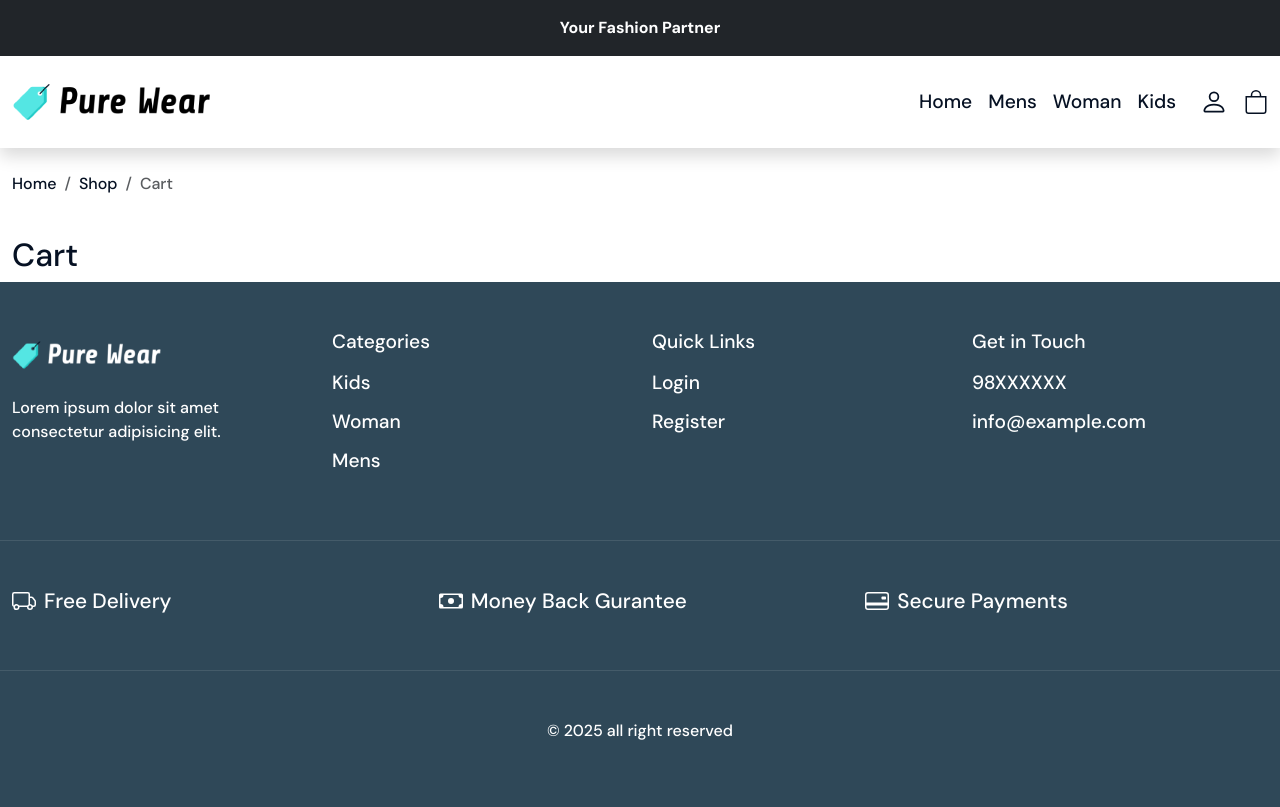
Repository: rajendratamang/react_ecommerce
Page: /cart
An editor plug-in stored every save of this project. The page is shown before and after the next save, followed by the edit.
The browser window is 1280 px wide. The pictures show the whole page.
The project was rebuilt for these pictures with package versions that can differ from the ones it lists, and the page was loaded fresh each time. Also part of the build but not shown: vite.config.js, src/components/common/LatestProduct.jsx, src/components/common/FeaturedProducts.jsx, src/components/Home.jsx, src/components/Shop.jsx, src/components/Product.jsx.

Above is the page before, as saved 2025-11-06 14:46:05.

### index.html
<!doctype html>
<html lang="en">
  <head>
    <meta charset="UTF-8" />
    <link rel="icon" type="image/svg+xml" href="/vite.svg" />
    <meta name="viewport" content="width=device-width, initial-scale=1.0" />
    <title>react-ecommerce-frontend</title>
  </head>
  <body>
    <div id="root"></div>
    <script type="module" src="/src/main.jsx"></script>
  </body>
</html>

### src/main.jsx
import { StrictMode } from 'react'
import { createRoot } from 'react-dom/client'
import App from './App.jsx'
//import react bootstrap
import 'bootstrap/dist/css/bootstrap.min.css';
// import fonts
import './assets/css/style.scss';

createRoot(document.getElementById('root')).render(
  <StrictMode>
    <App />
  </StrictMode>,
)

### src/App.jsx
import { BrowserRouter, Route, Routes } from 'react-router-dom';
import Home from './components/Home';
import Shop from './components/Shop';
import Product from './components/Product';
import Cart from './components/Cart';

function App() {
  return (
    <BrowserRouter>
      <Routes>
        <Route path="/" element={<Home />} />
        <Route path="/shop" element={<Shop />} />
        <Route path="/product" element={<Product />} />
        <Route path="/cart" element={<Cart />} />
      </Routes>
    </BrowserRouter>
  );
}

export default App;

### src/assets/css/style.scss
@import url('https://fonts.googleapis.com/css2?family=DM+Sans:ital,opsz,wght@0,9..40,100..1000;1,9..40,100..1000&display=swap');

$primary-font: "DM Sans", sans-serif;
$primary-white: #FFF;
$primary-color: #43c3D1;
$primary-black: #061123;
$secondary-color: #0284FF;
$tertiary-color: #2F4858;



body {
    font-family: $primary-font;
    font-size: 1em;
    color: $primary-black;
    font-weight: 500;
}

h1 {
    font-size: 2.5em;
}

h2 {
    font-size: 2em;
}

h3 {
    font-size: 1.3em;
}

h4 {
    font-size: 1em;
}

a {
    text-decoration: none;
    color: $primary-black;

    &::hover {
        color: $primary-color;
    }
}

.primary-text {
    color: $primary-color ;
}

.secondary-text {
    color: $secondary-color ;
}


ul {
    padding-left: 0;

    li {
        list-style: none;
    }
}

.container {
    max-width: 1440px;
}

.nav-tabs {
    .nav-link {
        color: $primary-black;
    }
}

.btn {
    &.btn-size {
        background-color: rgba($primary-black, 0.03);
        border-color: rgba($primary-black, 0.05);
        padding: 7px 15px;

        &.active {
            border-color: rgba($primary-black, 0.20);
            ;
        }

        &:hover {
            border-color: rgba($primary-black, 0.20);
            ;
            color: $primary-black;
        }
    }

    &.btn-primary {
        background-color: $primary-color;
        border-color: $primary-color;
        padding: 7px 25px;

        &:hover {
            background-color: $primary-black;
            border-color: $primary-black;
            color: $primary-white;
        }
    }

    &.btn-secondary {
        background-color: $primary-black;
        border-color: $primary-black;
        color: $primary-white;
        padding: 7px 25px;

        &:hover {
            background-color: $primary-color;
            border-color: $primary-color;
            color: $primary-white;
        }
    }
}

header {
    .navbar-expand-lg {
        .navbar-nav {
            .nav-link {
                padding: 10 px 15 px;
                font-size: 1.2em;
                font-weight: 500;
                color: $primary-black;
            }
        }
    }
}

footer {
    background-color: $tertiary-color;

    h2 {
        font-size: 1.2em;
    }

    ul {
        li {
            margin-top: 10px;

            a {
                font-size: 1.2em;
                color: $primary-white;
            }
        }
    }

    .spotlight {
        border-top: 1px solid rgba($primary-white, 0.10);
        border-bottom: 1px solid rgba($primary-white, 0.10);
    }

}

.section-1 {
    .swiper {
        .swiper-slide {
            height: 650px;

            .content {
                height: 100%;
                width: 100%;
                background-repeat: no-repeat;
                background-size: cover;
            }
        }
    }
}


.product {


    .card-img {
        overflow: hidden;
        border-radius: 10px;


        img {
            border-radius: 10px;
            transition: all 0.3s ease-out;
        }

    }

    &:hover {
        img {
            scale: 1.2;
        }
    }

    .card-body {
        padding: 0;

        a {
            font-size: 1.2 em;

            &:hover {
                color: $primary-color;
            }

        }

        .price {
            font-size: 1.2 em;

            span {
                color: rgba($primary-black, 0.5);
            }
        }
    }

    .product-detail {
        .mySwiper {
            .swiper-slide {
                height: auto !important;
            }
        }

        .price {
            font-weight: bold;

            span {
                color: rgba($primary-black, 0.50);
            }

        }
    }
}

### src/components/Cart.jsx
import React from 'react'
import Layout from './common/Layout'
import Home from './home'
import Shop from './shop'
import { Link } from 'react-router-dom'

const Cart = () => {
    return (
        <Layout>
            <div className="container">
                <div className="row">
                    <div className="col-md-12">
                        <nav aria-label="breadcrumb" className='py-4'>
                            <ol className="breadcrumb">
                                <li className="breadcrumb-item"><Link to="/home">Home</Link></li>
                                <li className="breadcrumb-item" ><Link to="/shop">Shop</Link></li>
                                <li className="breadcrumb-item active" aria-current="page">Cart</li>
                            </ol>
                        </nav>
                    </div>
                    <div className="col-md-12">
                        <h2>Cart </h2>
                    </div>
                </div>
            </div>
        </Layout>

    )
}

export default Cart

### src/components/common/Layout.jsx
import React from 'react'
import Header from './Header'
import Footer from './Footer'

const Layout = ({ children }) => {
    return (
        <>
            <Header />
            {children}
            <Footer />

        </>
    )
}

export default Layout

### src/components/common/Header.jsx
import React from 'react'
import Nav from 'react-bootstrap/Nav';
import Navbar from 'react-bootstrap/Navbar';
import logo from '../../assets/images/logo.png'
import { Link } from 'react-router-dom';
const Header = () => {
    return (
        <header className='shadow'>
            <div className="bg-dark text-center py-3">
                <span className='text-white fw-bold'>
                    Your Fashion Partner
                </span>
            </div>
            {/* navbar */}
            <div className="container">
                <Navbar expand="lg" className="" width={170}>
                    <Navbar.Brand href="/">
                        {/* logo */}
                        <img src={logo} alt="" />
                    </Navbar.Brand>
                    <Navbar.Toggle aria-controls="navbarScroll" />
                    <Navbar.Collapse id="navbarScroll">
                        <Nav
                            className="ms-auto my-2 my-lg-0"
                            navbarScroll
                        >
                            <Nav.Link href="#action1">Home</Nav.Link>
                            <Nav.Link href="#action2">Mens</Nav.Link>
                            <Nav.Link href="#action2">Woman</Nav.Link>
                            <Nav.Link href="#action2">Kids</Nav.Link>
                        </Nav>
                        <div className="nav-right d-flex">
                            <a href="" className='ms-3'>
                                <svg xmlns="http://www.w3.org/2000/svg" width="28" height="28" fill="currentColor" className="bi bi-person" viewBox="0 0 16 16"><path d="M8 8a3 3 0 1 0 0-6 3 3 0 0 0 0 6m2-3a2 2 0 1 1-4 0 2 2 0 0 1 4 0m4 8c0 1-1 1-1 1H3s-1 0-1-1 1-4 6-4 6 3 6 4m-1-.004c-.001-.246-.154-.986-.832-1.664C11.516 10.68 10.289 10 8 10s-3.516.68-4.168 1.332c-.678.678-.83 1.418-.832 1.664z"></path></svg>
                            </a>
                            <Link to="/cart" className='ms-3'>
                                <svg xmlns="http://www.w3.org/2000/svg" width="24" height="28" fill="currentColor" className="bi bi-bag" viewBox="0 0 16 16"><path d="M8 1a2.5 2.5 0 0 1 2.5 2.5V4h-5v-.5A2.5 2.5 0 0 1 8 1m3.5 3v-.5a3.5 3.5 0 1 0-7 0V4H1v10a2 2 0 0 0 2 2h10a2 2 0 0 0 2-2V4zM2 5h12v9a1 1 0 0 1-1 1H3a1 1 0 0 1-1-1z"></path></svg>
                            </Link>
                        </div>
                        {/* <Form className="d-flex">
                <Form.Control
                  type="search"
                  placeholder="Search"
                  className="me-2"
                  aria-label="Search"
                />
                <Button variant="outline-success">Search</Button>
              </Form> */}
                    </Navbar.Collapse>
                </Navbar>
            </div>

        </header>

    )
}

export default Header

### src/components/common/Footer.jsx
import React from 'react'
import logoBlack from '../../assets/images/logo-white.png'
const Footer = () => {
    return (
        <footer className='py-5 text-white'>
            <div className="container">
                <div className="row mb-5">
                    <div className="col-md-3">
                        <img src={logoBlack} alt="" width={150} />
                        <div className='pt-3 pe-5'>Lorem ipsum dolor sit amet consectetur adipisicing elit.</div>
                    </div>
                    <div className="col-md-3">
                        <h2 className='mb-3'>Categories</h2>
                        <ul>
                            <li><a href="">Kids</a></li>
                            <li><a href="">Woman</a></li>
                            <li><a href="">Mens</a></li>
                        </ul>
                    </div>
                    <div className="col-md-3">
                        <h2 className='mb-3'>Quick Links</h2>
                        <ul>
                            <li><a href="">Login</a></li>
                            <li><a href="">Register</a></li>
                        </ul>
                    </div>
                    <div className="col-md-3">
                        <h2 className='mb-3'>Get in Touch</h2>
                        <ul>
                            <li><a href="">98XXXXXX</a></li>
                            <li><a href="">info@example.com</a></li>
                        </ul>
                    </div>
                </div>


                <div className="row spotlight py-5">
                    <div className="col-md-4">
                        <div className="d-flex ustify-content-center">
                            <svg xmlns="http://www.w3.org/2000/svg" width="24" height="24" fill="currentColor" class="bi bi-truck" viewBox="0 0 16 16"><path d="M0 3.5A1.5 1.5 0 0 1 1.5 2h9A1.5 1.5 0 0 1 12 3.5V5h1.02a1.5 1.5 0 0 1 1.17.563l1.481 1.85a1.5 1.5 0 0 1 .329.938V10.5a1.5 1.5 0 0 1-1.5 1.5H14a2 2 0 1 1-4 0H5a2 2 0 1 1-3.998-.085A1.5 1.5 0 0 1 0 10.5zm1.294 7.456A2 2 0 0 1 4.732 11h5.536a2 2 0 0 1 .732-.732V3.5a.5.5 0 0 0-.5-.5h-9a.5.5 0 0 0-.5.5v7a.5.5 0 0 0 .294.456M12 10a2 2 0 0 1 1.732 1h.768a.5.5 0 0 0 .5-.5V8.35a.5.5 0 0 0-.11-.312l-1.48-1.85A.5.5 0 0 0 13.02 6H12zm-9 1a1 1 0 1 0 0 2 1 1 0 0 0 0-2m9 0a1 1 0 1 0 0 2 1 1 0 0 0 0-2"></path></svg>

                            <h3 className='ps-2'>Free Delivery</h3>
                        </div>
                    </div>
                    <div className="col-md-4">
                        <div className="d-flex ustify-content-center">
                            <svg xmlns="http://www.w3.org/2000/svg" width="24" height="24" fill="currentColor" class="bi bi-cash" viewBox="0 0 16 16"><path d="M8 10a2 2 0 1 0 0-4 2 2 0 0 0 0 4"></path><path d="M0 4a1 1 0 0 1 1-1h14a1 1 0 0 1 1 1v8a1 1 0 0 1-1 1H1a1 1 0 0 1-1-1zm3 0a2 2 0 0 1-2 2v4a2 2 0 0 1 2 2h10a2 2 0 0 1 2-2V6a2 2 0 0 1-2-2z"></path></svg>

                            <h3 className='ps-2'>Money Back Gurantee</h3>
                        </div>
                    </div>
                    <div className="col-md-4">
                        <div className="d-flex ustify-content-center">
                            <svg xmlns="http://www.w3.org/2000/svg" width="24" height="24" fill="currentColor" class="bi bi-credit-card-2-back" viewBox="0 0 16 16"><path d="M11 5.5a.5.5 0 0 1 .5-.5h2a.5.5 0 0 1 .5.5v1a.5.5 0 0 1-.5.5h-2a.5.5 0 0 1-.5-.5z"></path><path d="M2 2a2 2 0 0 0-2 2v8a2 2 0 0 0 2 2h12a2 2 0 0 0 2-2V4a2 2 0 0 0-2-2zm13 2v5H1V4a1 1 0 0 1 1-1h12a1 1 0 0 1 1 1m-1 9H2a1 1 0 0 1-1-1v-1h14v1a1 1 0 0 1-1 1"></path></svg>

                            <h3 className='ps-2'>Secure Payments</h3>
                        </div>
                    </div>
                </div>

                <div className="row">
                    <div className="col-md-12 text-center pt-5">
                        <p>&copy; 2025 all right reserved</p>
                    </div>
                </div>
            </div>
        </footer>
    )
}

export default Footer

After the next save:
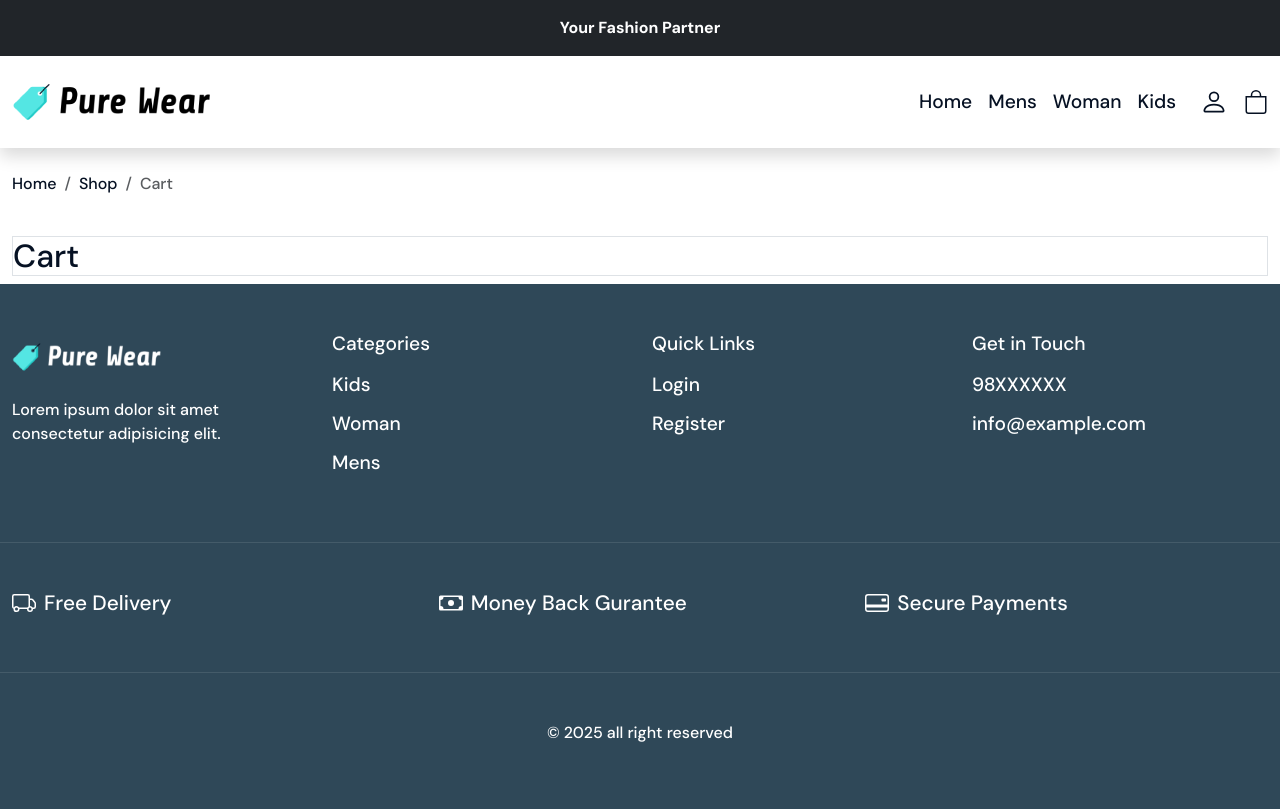
Saved 8 s later.
--- a/src/components/Cart.jsx
+++ b/src/components/Cart.jsx
@@ -19,7 +19,7 @@
                         </nav>
                     </div>
                     <div className="col-md-12">
-                        <h2>Cart </h2>
+                        <h2 className='border'>Cart </h2>
                     </div>
                 </div>
             </div>

After the save that followed:
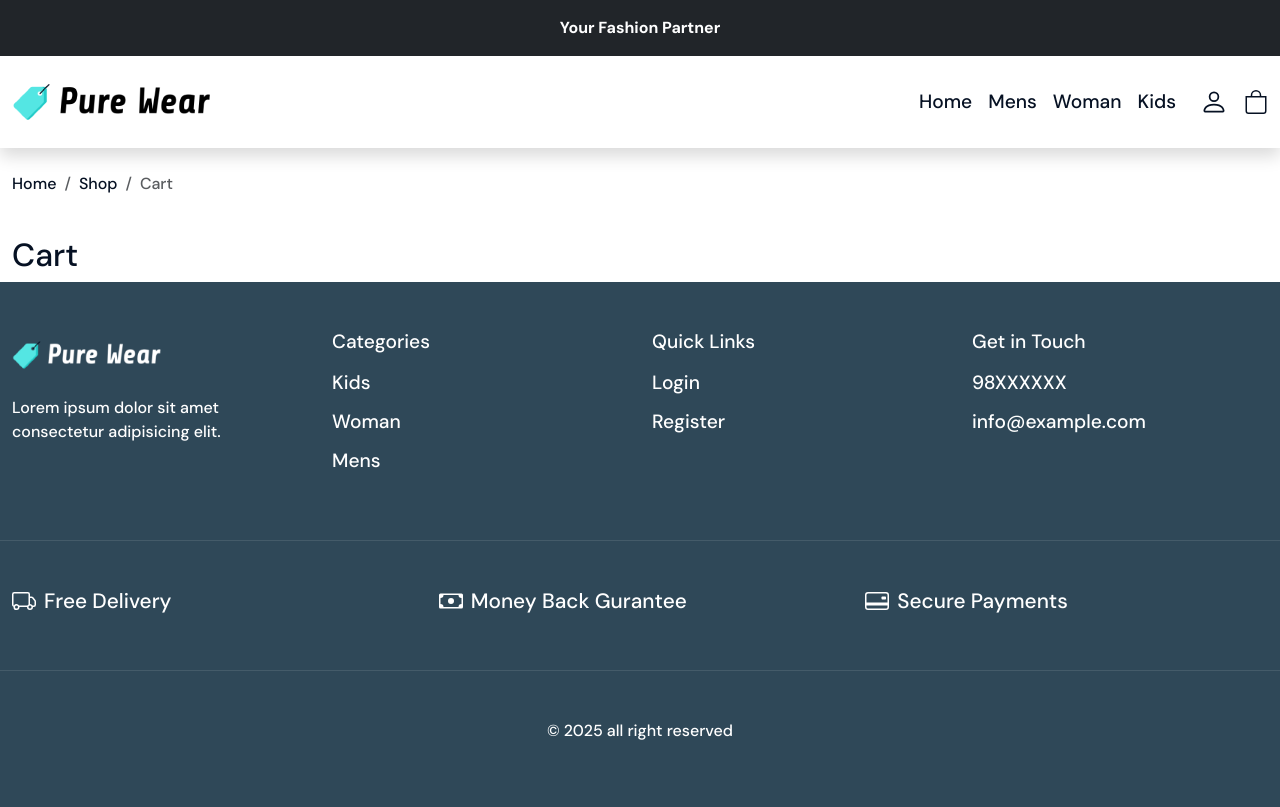
Saved 7 s later.
--- a/src/components/Cart.jsx
+++ b/src/components/Cart.jsx
@@ -19,7 +19,7 @@
                         </nav>
                     </div>
                     <div className="col-md-12">
-                        <h2 className='border'>Cart </h2>
+                        <h2 className='border-bo'>Cart </h2>
                     </div>
                 </div>
             </div>
